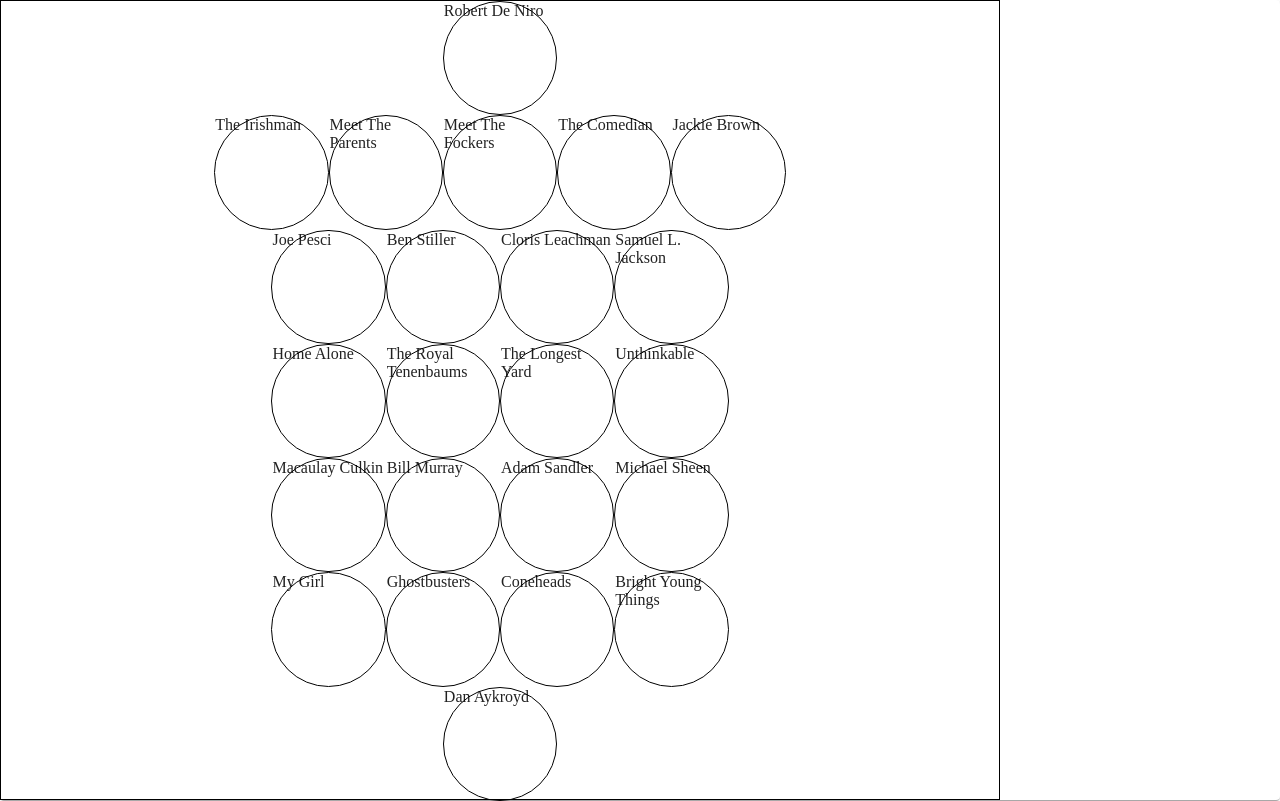
Repository: crittelmeyer/bacon
Page: /
The author's editor kept a copy of each file at every save. The page is drawn from the files as they stood at one save, then again after the next save.
The browser window is 1280 px wide. The pictures show the whole page.
The project was rebuilt for these pictures with package versions that can differ from the ones it lists, and the page was loaded fresh each time. Requests to the local data server were answered from the project's data file. Also part of the build but not shown: src/components/Section.jsx, src/components/Grid.jsx, src/components/Row.jsx, src/utils/getColWidth.js, src/components/Col.jsx, src/components/Headings.jsx, src/containers/RepositoryList.jsx, src/containers/RepositorySection.jsx and 1 more.

Above is the page before, as saved 2019-12-02 15:43:16.

After the next save:
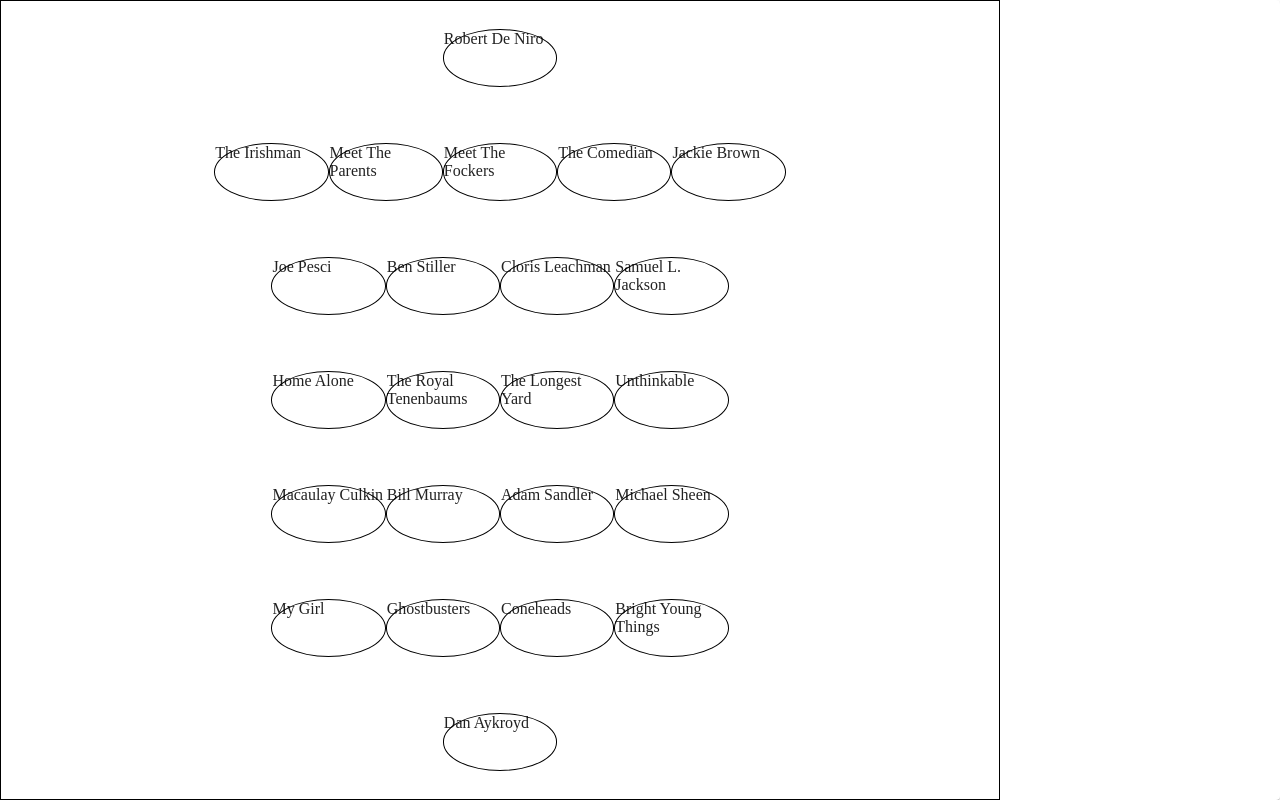
Saved 36 s later.
--- a/src/components/BaconGraph/BaconGraph.jsx
+++ b/src/components/BaconGraph/BaconGraph.jsx
@@ -26,7 +26,7 @@
   node: ({ levelCount }) => ({
     border: 'solid black 1px',
     borderRadius: '100%',
-    height: GRAPH_HEIGHT / levelCount,
+    height: GRAPH_HEIGHT / (levelCount * 2),
     width: GRAPH_HEIGHT / levelCount,
   }),
 };
@@ -61,7 +61,7 @@
                   nodeLevel
                 )
               }
-            </div>),
+             </div>),
           nodesGrouped
         )
       }
